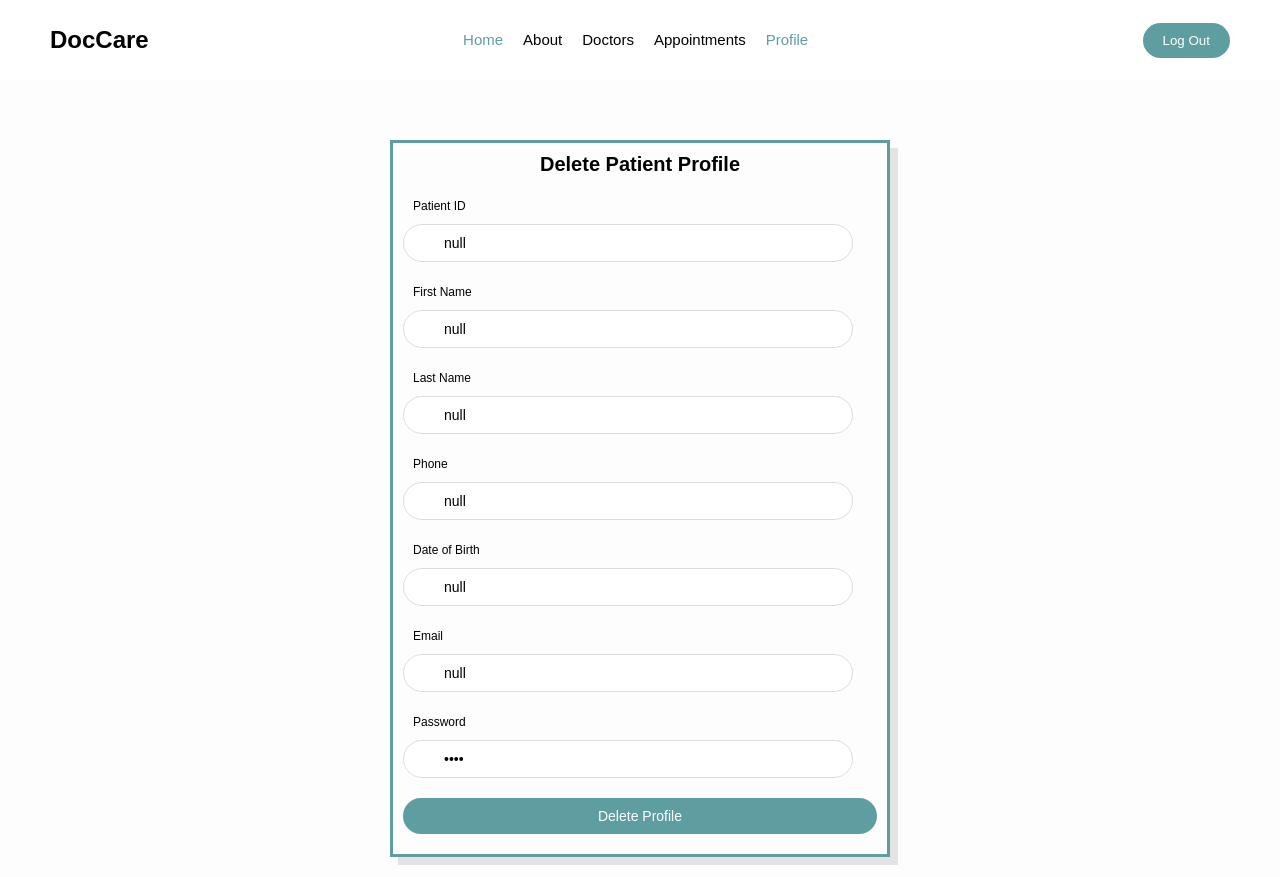
Repository: MonaliWatareka/echanneling
Page: http://localhost/PatientDemo/patientAccountDelete.jsp
An editor plug-in stored every save of this project. The page is shown before and after the next save, followed by the edit.
The browser window is 1280 px wide. The pictures show the whole page.
The page is served by Tomcat 10. Other server files are loaded and not shown.

Above is the page before, as saved 2024-10-13 04:29:23.

### Project/PatientDemo/src/main/webapp/patientAccountDelete.jsp
<%@ page language="java" contentType="text/html; charset=UTF-8"
    pageEncoding="UTF-8"%>
<!DOCTYPE html>
<html lang="en">
<head>
    <meta charset="UTF-8">
    <meta name="viewport" content="width=device-width, initial-scale=1.0">
    <title>Delete Patient Profile</title>
   <link rel="stylesheet" href="${pageContext.request.contextPath}/css/login.css">

</head>
<body>

    <!-- Navigation Bar -->
    <div class="nav">
        <div class="nav-logo">
            <p>DocCare</p>
        </div>
        <div class="nav-menu">
            <ul>
                <li><a href="Home.jsp" class="link active" >Home</a></li>
                    <li><a href="About.jsp" class="link ">About</a></li>
                    <li><a href="AvailabilityDisplayServlet" class="link ">Doctors</a></li>
                    <li><a href="#" class="link ">Appointments</a></li>
                    <li><a href="PatientAccServlet" class="link active">Profile</a></li>
            </ul>
        </div>
        <div class="nav-button">
                    <form action="logoutServlet" method="get">
                        <button type="submit" class="btn">Log Out</button>
                    </form>
                </div>
    </div>


    <%
    	String id=request.getParameter("id");
    	String fname=request.getParameter("fname");
    	String lname=request.getParameter("lname");
    	String phone=request.getParameter("phone");
    	String dob=request.getParameter("dob");
    	String email=request.getParameter("email");
    	String password=request.getParameter("password");

    %>

    <div class="wrapper">

            <div class="form-box">
                <div class="form-container">
                    <header>Delete Patient Profile</header>
                    <form action="PatientDeleteAccServlet" method="post">
                        <div class="input-box">
                            <label>Patient ID</label>
                            <input type="text" class="input-field" name="patientID" value="<%=id %>" readonly>
                        </div>

                        <div class="input-box">
                            <label>First Name</label>
                            <input type="text" class="input-field" name="patientFName" value="<%=fname %>" readonly>
                        </div>

                        <div class="input-box">
                            <label>Last Name</label>
                            <input type="text" class="input-field" name="patientLName" value="<%=lname %>" readonly>
                        </div>

                        <div class="input-box">
                            <label>Phone</label>
                            <input type="text" class="input-field" name="patientPhone" value="<%=phone %>" readonly>
                        </div>

                        <div class="input-box">
                            <label>Date of Birth</label>
                            <input type="text" class="input-field" name="patientDOB" value="<%=dob %>" readonly>
                        </div>

                        <div class="input-box">
                            <label>Email</label>
                            <input type="email" class="input-field" name="patientEmail" value="<%=email %>" readonly>
                        </div>

                        <div class="input-box">
                            <label>Password</label>
                            <input type="password" class="input-field" name="patientPassword" value="<%=password %>" readonly>
                        </div>

                        <div class="input-box">
                            <input type="submit" class="submit" value="Delete Profile">
                        </div>




                            </form>
                        </div>

                </div>
            </div>
</body>
</html>

### Project/PatientDemo/src/main/webapp/css/login.css

* {
    margin: 0;
    padding: 0;
    box-sizing: border-box;
    font-family: 'Arial', sans-serif;
}

body {

    background-color: #fdfdfd;
    display: flex;
    flex-direction: column;
    justify-content: flex-start;
    align-items: center;
    height: 100vh;
}

/* Navigation Bar */
.nav {
    width: 100%;
    height: 80px;
    background:rgb(255, 255, 255);
    display: flex;
    justify-content: space-between;
    align-items: center;
    padding: 0 50px;
    position: fixed;
    top: 0;
    left: 0;
    z-index: 100;
}

.nav-logo p {
    color: #000000;
    font-size: 24px;
    font-weight: bold;
}

.nav-menu ul {
    list-style: none;
    display: flex;
}

.nav-menu ul li {
    margin-right: 20px;
}

.nav-menu ul li a {
    color: #000000;
    text-decoration: none;
    font-size: 15px;
    transition: color 0.3s ease;
}

.nav-menu ul li a:hover,
.nav-menu ul li a.active {
    color:cadetblue;
}

.nav-button .btn {
    background-color: cadetblue;
    color: #fff;
    padding: 10px 20px;
    border: none;
    cursor: pointer;
    border-radius: 30px;
    transition: background-color 0.3s ease;
}

.nav-button .btn:hover {
    background-color: lightblue;
}

/* Wrapper and Form Styles */
.wrapper {

    width: 90%;
    max-width: 400px;
    padding: 20px;
    border: none;
    position: relative;
    margin-top: 120px;
    display: flex;
    justify-content: center;
    align-items: center;
    flex-direction: column;

}

.form-box {
    width: 500px;
    position: relative;

}

header {
    font-size: 20px;
    margin-top: 10px;
    font-weight: bold;
    margin-bottom: 20px;
    text-align: center;
}
label{
    font-size: 12px;
    margin-left: 10px;

}
.input-box {
    position: relative;

    margin-bottom: 20px;
}

.input-box i {
    position: absolute;
    left: 10px;
    top: 20px;
    color: #888;
}

.input-field {
    width: 95%;
    margin-top: 10px;
    padding: 10px 40px;
    border: 1px solid #ddd;
    border-radius: 25px;
    font-size: 14px;
}

.submit {
    width: 100%;
    padding: 10px;
    background-color: cadetblue;
    color: #fff;
    border: none;
    border-radius: 25px;
    cursor: pointer;
    font-size: 14px;
    transition: background-color 0.3s ease;
}

.submit:hover {
    background-color: lightblue;
}

.login-container,
.register-container {
    display: none;
    position: absolute;
    width: 100%;
    border: cadetblue solid;
    border-radius: 25px;
    padding: 20px;
    box-shadow: 8px 8px rgba(0, 0, 0, 0.1);

}
.form-container{

    width: 100%;
    max-width: 500px;
    margin: 0 auto;
    border: cadetblue solid;

    padding: 20px;
    box-shadow: 8px 8px rgba(0, 0, 0, 0.1);
    display: flex;
    flex-direction: column;
    padding: 0 10px;

}


.login-container.active,
.register-container.active {
    display: block;

}
.input-box select.input-field {
    padding: 10px 40px;
    -webkit-appearance: none; /* Remove default dropdown arrow appearance in WebKit browsers */
    -moz-appearance: none; /* Remove default dropdown arrow appearance in Mozilla browsers */
    appearance: none; /* Remove default dropdown arrow appearance in all browsers */
}
span {

    font-size: 20px;
    display: block;
    margin-bottom: 20px;
    text-align: center;
}

span a {
    color: cadetblue;
    cursor: pointer;
    text-decoration: none;
}

span a:hover {
    text-decoration: underline;
}

@media (max-width: 768px) {
    .nav {
        padding: 0 20px; /* Reduced padding for smaller screens */
        height: 60px; /* Adjusted height */
    }

    .nav-logo p {
        font-size: 20px; /* Smaller font size for logo */
    }

    .nav-menu ul li {
        margin-right: 10px; /* Reduced margin for menu items */
    }

    .nav-menu ul li a {
        font-size: 10px; /* Smaller font size for links */
    }

    .wrapper {
        width: 90%;
        margin-top: 100px; /* Adjust margin to fit screen */
    }

    header {
        font-size: 24px; /* Smaller font size for header */
    }

    .input-field {
        font-size: 14px; /* Smaller font size for input fields */
    }

    .submit {
        font-size: 14px; /* Smaller font size for submit button */
    }

    span {
        font-size: 15x; /* Smaller font size for span */
    }
}

@media (max-width: 480px) {
    .nav {
        padding: 0 10px; /* Further reduced padding for very small screens */
        height: 50px; /* Adjusted height */
    }

    .nav-logo p {
        font-size: 18px; /* Even smaller font size for logo */
    }

    .nav-menu ul li {
        margin-right: 5px; /* Further reduced margin for menu items */
    }

    .nav-menu ul li a {
        font-size: 8px; /* Even smaller font size for links */
    }

    .wrapper {
        margin-top: 80px; /* Further adjusted margin */
    }

    header {
        font-size: 20px; /* Smaller font size for header */
    }

    .input-field {
        font-size: 12px; /* Smaller font size for input fields */
    }

    .submit {
        font-size: 12px; /* Smaller font size for submit button */
    }

    span {
        font-size: 18px; /* Smaller font size for span */
    }
}

After the next save:
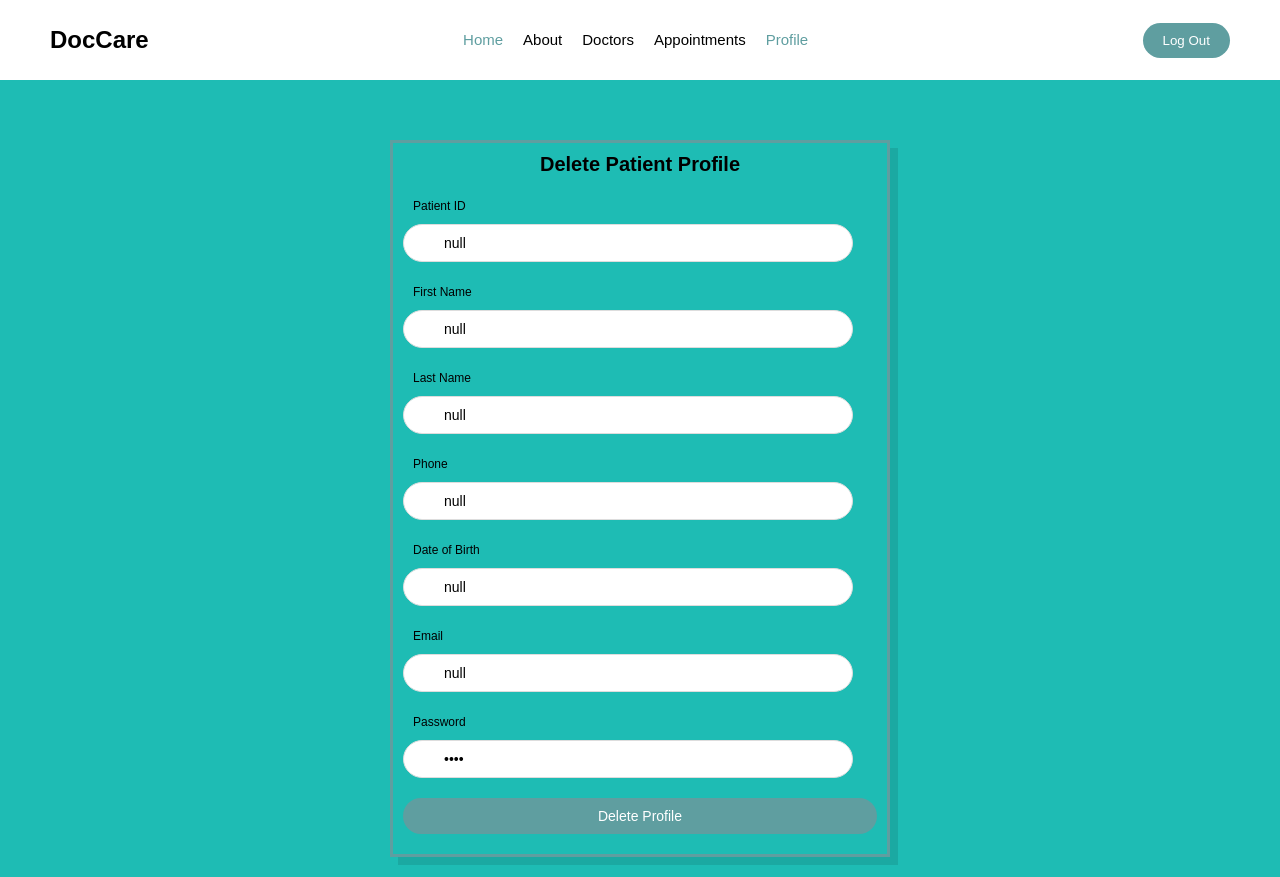
Saved 2 min 56 s later.
--- a/Project/PatientDemo/src/main/webapp/css/login.css
+++ b/Project/PatientDemo/src/main/webapp/css/login.css
@@ -8,7 +8,7 @@
 
 body {
 
-    background-color: #fdfdfd;
+    background-color:  #1ebcb4 ;
     display: flex;
     flex-direction: column;
     justify-content: flex-start;
